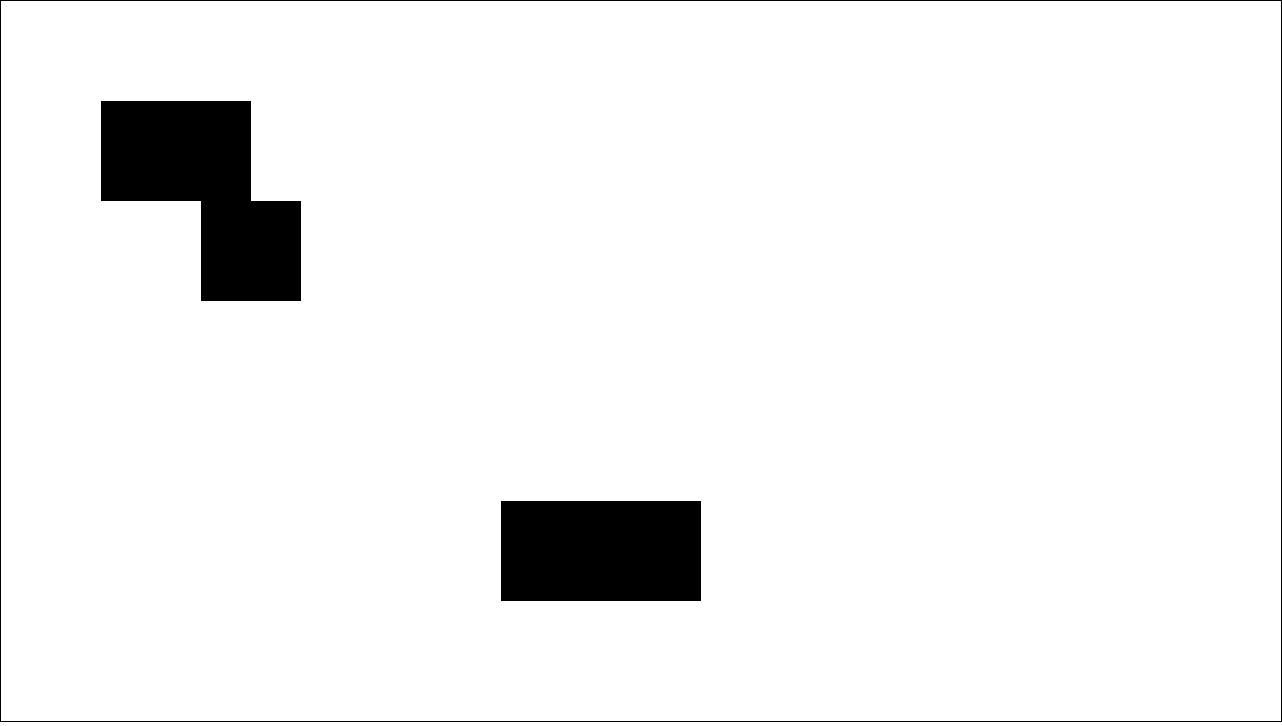
Repository: badhon252/Javascript-practice
Page: 1projects/JavaScript30/08 - Fun with HTML5 Canvas/index-START.html
The author's editor kept a copy of each file at every save. The page is drawn from the files as they stood at one save, then again after the next save.
The browser window is 1280 px wide. The page is 1282 px wide, so the pictures cover 1282 px, including what lies to the right of the window. The pictures show the whole page.

Above is the page before, as saved 2022-12-02 23:29:51.

### 1projects/JavaScript30/08 - Fun with HTML5 Canvas/index-START.html
<!DOCTYPE html>
<html lang="en">

<head>
    <meta charset="UTF-8">
    <title>HTML5 Canvas</title>
</head>

<body>
    <canvas id="draw" width="800" height="800"></canvas>
    <script>
    </script>

    <style>
        html,
        body {
            margin: 0;
            padding: 0;
        }

        #draw {
            border: 1px solid black;
        }
    </style>

    <script>
        console.log("first")
        const canvas = document.querySelector("#draw");
        const ctx = canvas.getContext("2d")

        canvas.width = window.innerWidth;
        canvas.height = window.innerHeight;

        // ctx.fillRect(x, y, width, height)
        ctx.fillRect(100, 100, 150, 100);
        ctx.fillRect(200, 200, 100, 100);
        ctx.fillRect(500, 500, 200, 100);
    </script>
</body>

</html>

After the next save:
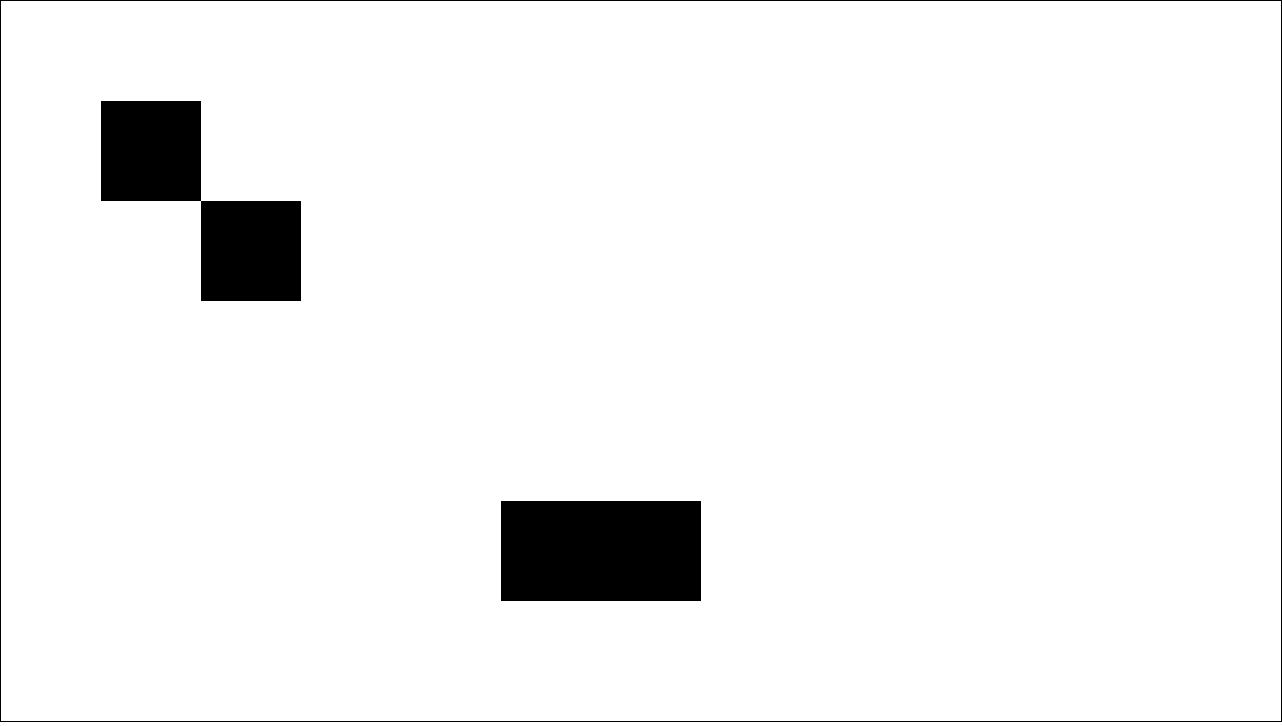
Saved 7 s later.
--- a/1projects/JavaScript30/08 - Fun with HTML5 Canvas/index-START.html
+++ b/1projects/JavaScript30/08 - Fun with HTML5 Canvas/index-START.html
@@ -32,7 +32,7 @@
         canvas.height = window.innerHeight;
 
         // ctx.fillRect(x, y, width, height)
-        ctx.fillRect(100, 100, 150, 100);
+        ctx.fillRect(100, 100, 100, 100);
         ctx.fillRect(200, 200, 100, 100);
         ctx.fillRect(500, 500, 200, 100);
     </script>
